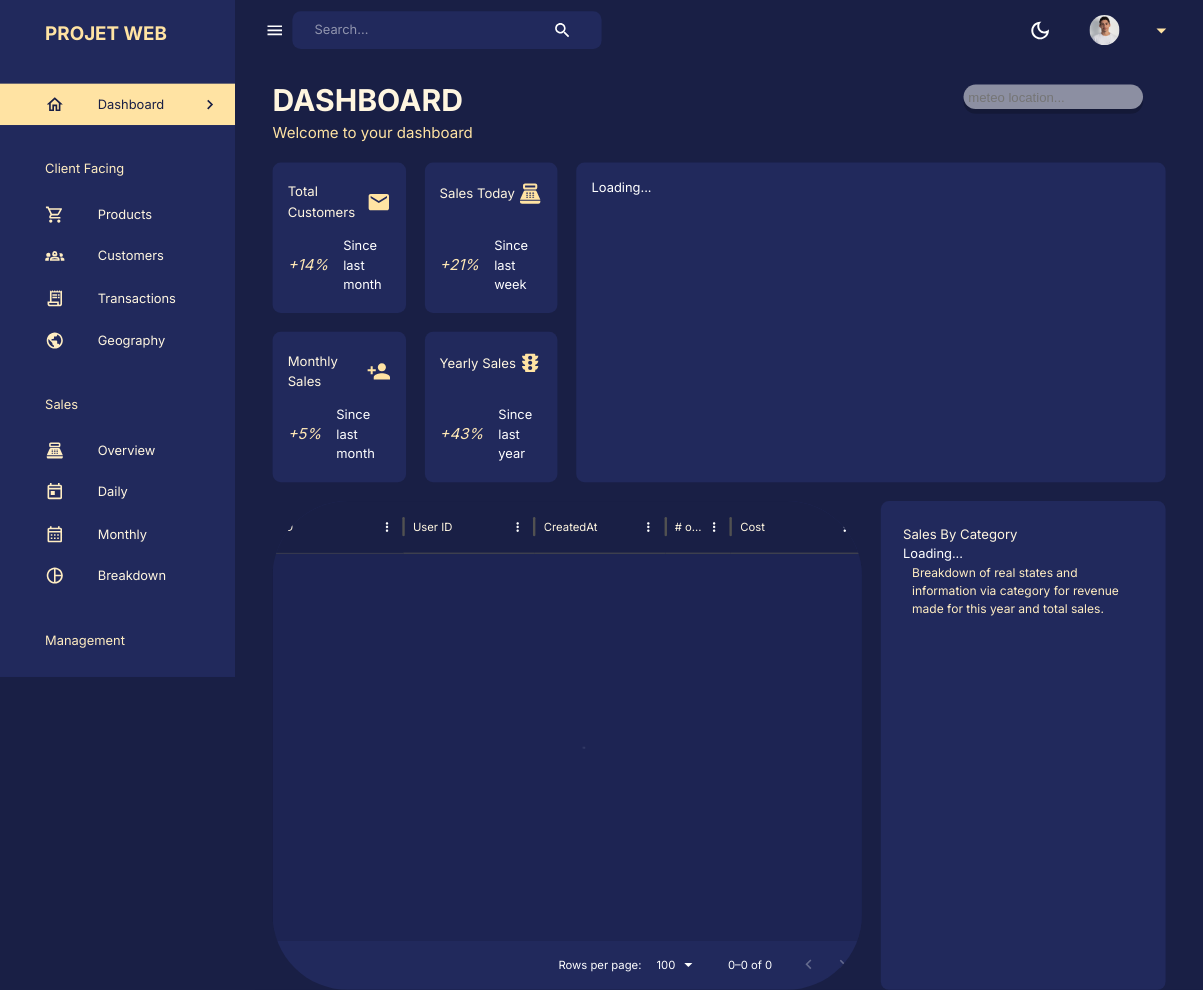
Repository: Alexiserenity/MERN-Dashboard
Page: / (app in client/)
These files come from the project's save history. The page is drawn as it stood at one moment and after the next save; the edit follows.
The browser window is 1280 px wide. The pictures show the whole page, at 94% of full size.
The page's requests for data from a server got no answer. The project was rebuilt for these pictures with package versions that can differ from the ones it lists, and the page was loaded fresh each time. No one was signed in, and anything a server would have sent is missing. Also part of the build but not shown: client/src/components/BreakdownChart.jsx, client/src/components/OverviewChart.jsx, client/src/scenes/products/index.jsx, client/src/scenes/customers/index.jsx, client/src/components/DataGridCustomToolbar.jsx, client/src/scenes/transactions/index.jsx, client/src/state/geoData.js, client/src/scenes/geography/index.jsx and 7 more.

Above is the page before, as saved 2022-12-23 23:11:09.

### client/src/state/api.js
import { createApi, fetchBaseQuery } from "@reduxjs/toolkit/query/react";

export const api = createApi({
  baseQuery: fetchBaseQuery({ baseUrl: process.env.REACT_APP_BASE_URL }),
  reducerPath: "adminApi",
  tagTypes: [
    "User",
    "Products",
    "Customers",
    "Transactions",
    "Geography",
    "Sales",
    "Admins",
    "Performance",
    "Dashboard",
  ],
  endpoints: (build) => ({
    getUser: build.query({
      query: (id) => `general/user/${id}`,
      providesTags: ["User"],
    }),
    getProducts: build.query({
      query: () => "client/products",
      providesTags: ["Products"],
    }),
    getCustomers: build.query({
      query: () => "client/customers",
      providesTags: ["Customers"],
    }),
    getTransactions: build.query({
      query: ({ page, pageSize, sort, search }) => ({
        url: "client/transactions",
        method: "GET",
        params: { page, pageSize, sort, search },
      }),
      providesTags: ["Transactions"],
    }),
    getGeography: build.query({
      query: () => "client/geography",
      providesTags: ["Geography"],
    }),
    getSales: build.query({
      query: () => "sales/sales",
      providesTags: ["Sales"],
    }),
    getAdmins: build.query({
      query: () => "management/admins",
      providesTags: ["Admins"],
    }),
    getUserPerformance: build.query({
      query: (id) => `management/performance/${id}`,
      providesTags: ["Performance"],
    }),
    getDashboard: build.query({
      query: () => "general/dashboard",
      providesTags: ["Dashboard"],
    }),
  }),
});

export const {
  useGetUserQuery,
  useGetProductsQuery,
  useGetCustomersQuery,
  useGetTransactionsQuery,
  useGetGeographyQuery,
  useGetSalesQuery,
  useGetAdminsQuery,
  useGetUserPerformanceQuery,
  useGetDashboardQuery,
} = api;

### client/src/scenes/layout/index.jsx
import React, { useState } from "react";
import { Box, useMediaQuery } from "@mui/material";
import { Outlet } from "react-router-dom";
import { useSelector } from "react-redux";
import Navbar from "components/Navbar";
import Sidebar from "components/Sidebar";
import { useGetUserQuery } from "state/api";

const Layout = () => {
  const isNonMobile = useMediaQuery("(min-width: 600px)");
  const [isSidebarOpen, setIsSidebarOpen] = useState(true);
  const userId = useSelector((state) => state.global.userId);
  const { data } = useGetUserQuery(userId);

  return (
    <Box display={isNonMobile ? "flex" : "block"} width="100%" height="100%">
      <Sidebar
        user={data || {}}
        isNonMobile={isNonMobile}
        drawerWidth="250px"
        isSidebarOpen={isSidebarOpen}
        setIsSidebarOpen={setIsSidebarOpen}
      />
      <Box flexGrow={1}>
        <Navbar
          user={data || {}}
          isSidebarOpen={isSidebarOpen}
          setIsSidebarOpen={setIsSidebarOpen}
        />
        <Outlet />
      </Box>
    </Box>
  );
};

export default Layout;

### client/src/scenes/dashboard/index.jsx
import React, { useState } from 'react';
import FlexBetween from "components/FlexBetween";
import Header from "components/Header";
import {
  DownloadOutlined,
  Email,
  PointOfSale,
  PersonAdd,
  Traffic,
  Search,
} from "@mui/icons-material";
import {
  Box,
  Button,
  Typography,
  useTheme,
  useMediaQuery,
  Toolbar,
} from "@mui/material";
import { DataGrid } from "@mui/x-data-grid";
import BreakdownChart from "components/BreakdownChart";
import OverviewChart from "components/OverviewChart";
import { useGetDashboardQuery } from "state/api";
import StatBox from "components/StatBox";

const api = {
  key: "0638574d291b3e1090515ce7939cd186",
  base: " http://api.openweathermap.org/data/2.5/"
}

const Dashboard = () => {
  const theme = useTheme();
  const isNonMediumScreens = useMediaQuery("(min-width: 1200px)");
  const { data, isLoading } = useGetDashboardQuery();

  const columns = [
    {
      field: "_id",
      headerName: "ID",
      flex: 1,
    },
    {
      field: "userId",
      headerName: "User ID",
      flex: 1,
    },
    {
      field: "createdAt",
      headerName: "CreatedAt",
      flex: 1,
    },
    {
      field: "products",
      headerName: "# of Products",
      flex: 0.5,
      sortable: false,
      renderCell: (params) => params.value.length,
    },
    {
      field: "cost",
      headerName: "Cost",
      flex: 1,
      renderCell: (params) => `$${Number(params.value).toFixed(2)}`,
    },
  ];

  const [query, setQuery] = useState('');
  const [weather, setWeather] = useState({});


  const search = evt => {
    if (evt.key === "Enter") {
      fetch(`${api.base}weather?q=${query}&units=metric&APPID=${api.key}`)
        .then(res => res.json())
        .then(result => {
          setWeather(result);
          setQuery('');
          console.log(result);
        });
    }
  }

  const dateBuilder = (d) => {
    let months = ["January", "February", "March", "April", "May", "June", "July", "August", "September", "October", "November", "December"];
    let days = ["Sunday", "Monday", "Tuesday", "Wednesday", "Thursday", "Friday", "Saturday"];

    let day = days[d.getDay()];
    let date = d.getDate();
    let month = months[d.getMonth()];
    let year = d.getFullYear();

    return `${day} ${date} ${month} ${year}`
  }




  return (
    <Box m="1.5rem 2.5rem">
      <FlexBetween>
        <Header title="DASHBOARD" subtitle="Welcome to your dashboard" />

        <Box>
          <Toolbar>





   <div className={(typeof weather.main != "undefined") ? ((weather.main.temp > 16) ? 'app warm' : 'app') : 'app'}>
     <main>
       <div className="search-box">
         <input
           type="text"
           className="search-bar"
           placeholder="meteo location..."
           onChange={e => setQuery(e.target.value)}
           value={query}
           onKeyPress={search}
         />

       </div>
       {(typeof weather.main != "undefined") ? (
        <div>
          <div className="location-box">
            <div className="location">{weather.name}, {weather.sys.country}</div>
            <div className="temp"> {Math.round(weather.main.temp)}°c </div>
            <div className="weather">{weather.weather[0].main}</div>
          </div>
        </div>
       ) : ('')}
     </main>
   </div>







          </Toolbar>
        </Box>
      </FlexBetween>

      <Box
        mt="20px"
        display="grid"
        gridTemplateColumns="repeat(12, 1fr)"
        gridAutoRows="160px"
        gap="20px"
        sx={{
          "& > div": { gridColumn: isNonMediumScreens ? undefined : "span 12" },
        }}
      >
        {/* ROW 1 */}
        <StatBox
          title="Total Customers"
          value={data && data.totalCustomers}
          increase="+14%"
          description="Since last month"
          icon={
            <Email
              sx={{ color: theme.palette.secondary[300], fontSize: "26px" }}
            />
          }
        />
        <StatBox
          title="Sales Today"
          value={data && data.todayStats.totalSales}
          increase="+21%"
          description="Since last week"
          icon={
            <PointOfSale
              sx={{ color: theme.palette.secondary[300], fontSize: "26px" }}
            />
          }
        />
        <Box
          gridColumn="span 8"
          gridRow="span 2"
          backgroundColor={theme.palette.background.alt}
          p="1rem"
          borderRadius="0.55rem"
        >
          <OverviewChart view="sales" isDashboard={true} />
        </Box>
        <StatBox
          title="Monthly Sales"
          value={data && data.thisMonthStats.totalSales}
          increase="+5%"
          description="Since last month"
          icon={
            <PersonAdd
              sx={{ color: theme.palette.secondary[300], fontSize: "26px" }}
            />
          }
        />
        <StatBox
          title="Yearly Sales"
          value={data && data.yearlySalesTotal}
          increase="+43%"
          description="Since last year"
          icon={
            <Traffic
              sx={{ color: theme.palette.secondary[300], fontSize: "26px" }}
            />
          }
        />

        {/* ROW 2 */}
        <Box
          gridColumn="span 8"
          gridRow="span 3"
          sx={{
            "& .MuiDataGrid-root": {
              border: "none",
              borderRadius: "5rem",
            },
            "& .MuiDataGrid-cell": {
              borderBottom: "none",
            },
            "& .MuiDataGrid-columnHeaders": {
              backgroundColor: theme.palette.background.alt,
              color: theme.palette.secondary[100],
              borderBottom: "none",
            },
            "& .MuiDataGrid-virtualScroller": {
              backgroundColor: theme.palette.background.alt,
            },
            "& .MuiDataGrid-footerContainer": {
              backgroundColor: theme.palette.background.alt,
              color: theme.palette.secondary[100],
              borderTop: "none",
            },
            "& .MuiDataGrid-toolbarContainer .MuiButton-text": {
              color: `${theme.palette.secondary[200]} !important`,
            },
          }}
        >
          <DataGrid
            loading={isLoading || !data}
            getRowId={(row) => row._id}
            rows={(data && data.transactions) || []}
            columns={columns}
          />
        </Box>
        <Box
          gridColumn="span 4"
          gridRow="span 3"
          backgroundColor={theme.palette.background.alt}
          p="1.5rem"
          borderRadius="0.55rem"
        >
          <Typography variant="h6" sx={{ color: theme.palette.secondary[100] }}>
            Sales By Category
          </Typography>
          <BreakdownChart isDashboard={true} />
          <Typography
            p="0 0.6rem"
            fontSize="0.8rem"
            sx={{ color: theme.palette.secondary[200] }}
          >
            Breakdown of real states and information via category for revenue
            made for this year and total sales.
          </Typography>
        </Box>
      </Box>
    </Box>
  );
};

export default Dashboard;

### client/src/components/Navbar.jsx
import React, { useState } from "react";
import {
  LightModeOutlined,
  DarkModeOutlined,
  Menu as MenuIcon,
  Search,
  SettingsOutlined,
  ArrowDropDownOutlined,
} from "@mui/icons-material";
import FlexBetween from "components/FlexBetween";
import { useDispatch } from "react-redux";
import { setMode } from "state";
import profileImage from "assets/profile.jpeg";
import {
  AppBar,
  Button,
  Box,
  Typography,
  IconButton,
  InputBase,
  Toolbar,
  Menu,
  MenuItem,
  useTheme,
} from "@mui/material";

const Navbar = ({ user, isSidebarOpen, setIsSidebarOpen }) => {
  const dispatch = useDispatch();
  const theme = useTheme();

  const [anchorEl, setAnchorEl] = useState(null);
  const isOpen = Boolean(anchorEl);
  const handleClick = (event) => setAnchorEl(event.currentTarget);
  const handleClose = () => setAnchorEl(null);

  return (
    <AppBar
      sx={{
        position: "static",
        background: "none",
        boxShadow: "none",
      }}
    >
      <Toolbar sx={{ justifyContent: "space-between" }}>
        {/* LEFT SIDE */}
        <FlexBetween>
          <IconButton onClick={() => setIsSidebarOpen(!isSidebarOpen)}>
            <MenuIcon />
          </IconButton>
          <FlexBetween
            backgroundColor={theme.palette.background.alt}
            borderRadius="9px"
            gap="3rem"
            p="0.1rem 1.5rem"
          >
            <InputBase placeholder="Search..." />
            <IconButton>
              <Search />
            </IconButton>
          </FlexBetween>
        </FlexBetween>

        {/* RIGHT SIDE */}
        <FlexBetween gap="1.5rem">
          <IconButton onClick={() => dispatch(setMode())}>
            {theme.palette.mode === "dark" ? (
              <DarkModeOutlined sx={{ fontSize: "25px" }} />
            ) : (
              <LightModeOutlined sx={{ fontSize: "25px" }} />
            )}
          </IconButton>

          <FlexBetween>
            <Button
              onClick={handleClick}
              sx={{
                display: "flex",
                justifyContent: "space-between",
                alignItems: "center",
                textTransform: "none",
                gap: "1rem",
              }}
            >
              <Box
                component="img"
                alt="profile"
                src={profileImage}
                height="32px"
                width="32px"
                borderRadius="50%"
                sx={{ objectFit: "cover" }}
              />
              <Box textAlign="left">
                <Typography
                  fontWeight="bold"
                  fontSize="0.85rem"
                  sx={{ color: theme.palette.secondary[100] }}
                >
                  {user.name}
                </Typography>
                <Typography
                  fontSize="0.75rem"
                  sx={{ color: theme.palette.secondary[200] }}
                >
                  {user.occupation}
                </Typography>
              </Box>
              <ArrowDropDownOutlined
                sx={{ color: theme.palette.secondary[300], fontSize: "25px" }}
              />
            </Button>
            <Menu
              anchorEl={anchorEl}
              open={isOpen}
              onClose={handleClose}
              anchorOrigin={{ vertical: "bottom", horizontal: "center" }}
            >
              <MenuItem onClick={handleClose}>Log Out</MenuItem>
            </Menu>
          </FlexBetween>
        </FlexBetween>
      </Toolbar>
    </AppBar>
  );
};

export default Navbar;

### client/src/components/Sidebar.jsx
import React from "react";
import {
  Box,
  Divider,
  Drawer,
  IconButton,
  List,
  ListItem,
  ListItemButton,
  ListItemIcon,
  ListItemText,
  Typography,
  useTheme,
} from "@mui/material";
import {
  SettingsOutlined,
  ChevronLeft,
  ChevronRightOutlined,
  HomeOutlined,
  ShoppingCartOutlined,
  Groups2Outlined,
  ReceiptLongOutlined,
  PublicOutlined,
  PointOfSaleOutlined,
  TodayOutlined,
  CalendarMonthOutlined,
  AdminPanelSettingsOutlined,
  TrendingUpOutlined,
  PieChartOutlined,
} from "@mui/icons-material";
import { useEffect, useState } from "react";
import { useLocation, useNavigate } from "react-router-dom";
import FlexBetween from "./FlexBetween";
import profileImage from "assets/profile.jpeg";

const navItems = [
  {
    text: "Dashboard",
    icon: <HomeOutlined />,
  },
  {
    text: "Client Facing",
    icon: null,
  },
  {
    text: "Products",
    icon: <ShoppingCartOutlined />,
  },
  {
    text: "Customers",
    icon: <Groups2Outlined />,
  },
  {
    text: "Transactions",
    icon: <ReceiptLongOutlined />,
  },
  {
    text: "Geography",
    icon: <PublicOutlined />,
  },
  {
    text: "Sales",
    icon: null,
  },
  {
    text: "Overview",
    icon: <PointOfSaleOutlined />,
  },
  {
    text: "Daily",
    icon: <TodayOutlined />,
  },
  {
    text: "Monthly",
    icon: <CalendarMonthOutlined />,
  },
  {
    text: "Breakdown",
    icon: <PieChartOutlined />,
  },
  {
    text: "Management",
    icon: null,
  },
  {
    text: "Admin",
    icon: <AdminPanelSettingsOutlined />,
  },
  {
    text: "Performance",
    icon: <TrendingUpOutlined />,
  },
];

const Sidebar = ({
  user,
  drawerWidth,
  isSidebarOpen,
  setIsSidebarOpen,
  isNonMobile,
}) => {
  const { pathname } = useLocation();
  const [active, setActive] = useState("");
  const navigate = useNavigate();
  const theme = useTheme();

  useEffect(() => {
    setActive(pathname.substring(1));
  }, [pathname]);

  return (
    <Box component="nav">
      {isSidebarOpen && (
        <Drawer
          open={isSidebarOpen}
          onClose={() => setIsSidebarOpen(false)}
          variant="persistent"
          anchor="left"
          sx={{
            width: drawerWidth,
            "& .MuiDrawer-paper": {
              color: theme.palette.secondary[200],
              backgroundColor: theme.palette.background.alt,
              boxSixing: "border-box",
              borderWidth: isNonMobile ? 0 : "2px",
              width: drawerWidth,
            },
          }}
        >
          <Box width="100%">
            <Box m="1.5rem 2rem 2rem 3rem">
              <FlexBetween color={theme.palette.secondary.main}>
                <Box display="flex" alignItems="center" gap="0.8rem">
                  <Typography variant="h4" fontWeight="bold">
                    PROJET WEB
                  </Typography>
                </Box>
                {!isNonMobile && (
                  <IconButton onClick={() => setIsSidebarOpen(!isSidebarOpen)}>
                    <ChevronLeft />
                  </IconButton>
                )}
              </FlexBetween>
            </Box>
            <List>
              {navItems.map(({ text, icon }) => {
                if (!icon) {
                  return (
                    <Typography key={text} sx={{ m: "2.25rem 0 1rem 3rem" }}>
                      {text}
                    </Typography>
                  );
                }
                const lcText = text.toLowerCase();

                return (
                  <ListItem key={text} disablePadding>
                    <ListItemButton
                      onClick={() => {
                        navigate(`/${lcText}`);
                        setActive(lcText);
                      }}
                      sx={{
                        backgroundColor:
                          active === lcText
                            ? theme.palette.secondary[300]
                            : "transparent",
                        color:
                          active === lcText
                            ? theme.palette.primary[600]
                            : theme.palette.secondary[100],
                      }}
                    >
                      <ListItemIcon
                        sx={{
                          ml: "2rem",
                          color:
                            active === lcText
                              ? theme.palette.primary[600]
                              : theme.palette.secondary[200],
                        }}
                      >
                        {icon}
                      </ListItemIcon>
                      <ListItemText primary={text} />
                      {active === lcText && (
                        <ChevronRightOutlined sx={{ ml: "auto" }} />
                      )}
                    </ListItemButton>
                  </ListItem>
                );
              })}
            </List>
          </Box>
        </Drawer>
      )}
    </Box>
  );
};

export default Sidebar;

### client/src/components/StatBox.jsx
import React from "react";
import { Box, Typography, useTheme } from "@mui/material";
import FlexBetween from "./FlexBetween";

const StatBox = ({ title, value, increase, icon, description }) => {
  const theme = useTheme();
  return (
    <Box
      gridColumn="span 2"
      gridRow="span 1"
      display="flex"
      flexDirection="column"
      justifyContent="space-between"
      p="1.25rem 1rem"
      flex="1 1 100%"
      backgroundColor={theme.palette.background.alt}
      borderRadius="0.55rem"
    >
      <FlexBetween>
        <Typography variant="h6" sx={{ color: theme.palette.secondary[100] }}>
          {title}
        </Typography>
        {icon}
      </FlexBetween>

      <Typography
        variant="h3"
        fontWeight="600"
        sx={{ color: theme.palette.secondary[200] }}
      >
        {value}
      </Typography>
      <FlexBetween gap="1rem">
        <Typography
          variant="h5"
          fontStyle="italic"
          sx={{ color: theme.palette.secondary.light }}
        >
          {increase}
        </Typography>
        <Typography>{description}</Typography>
      </FlexBetween>
    </Box>
  );
};

export default StatBox;

Loaded but not shown: client/public/index.html (common file); client/src/index.js (common file); client/src/index.css (common file); client/src/App.js (common file); client/src/state/index.js (common file); client/src/components/FlexBetween.jsx (common file); client/src/components/Header.jsx (common file); client/src/theme.js (139 lines, source omitted)

After the next save:
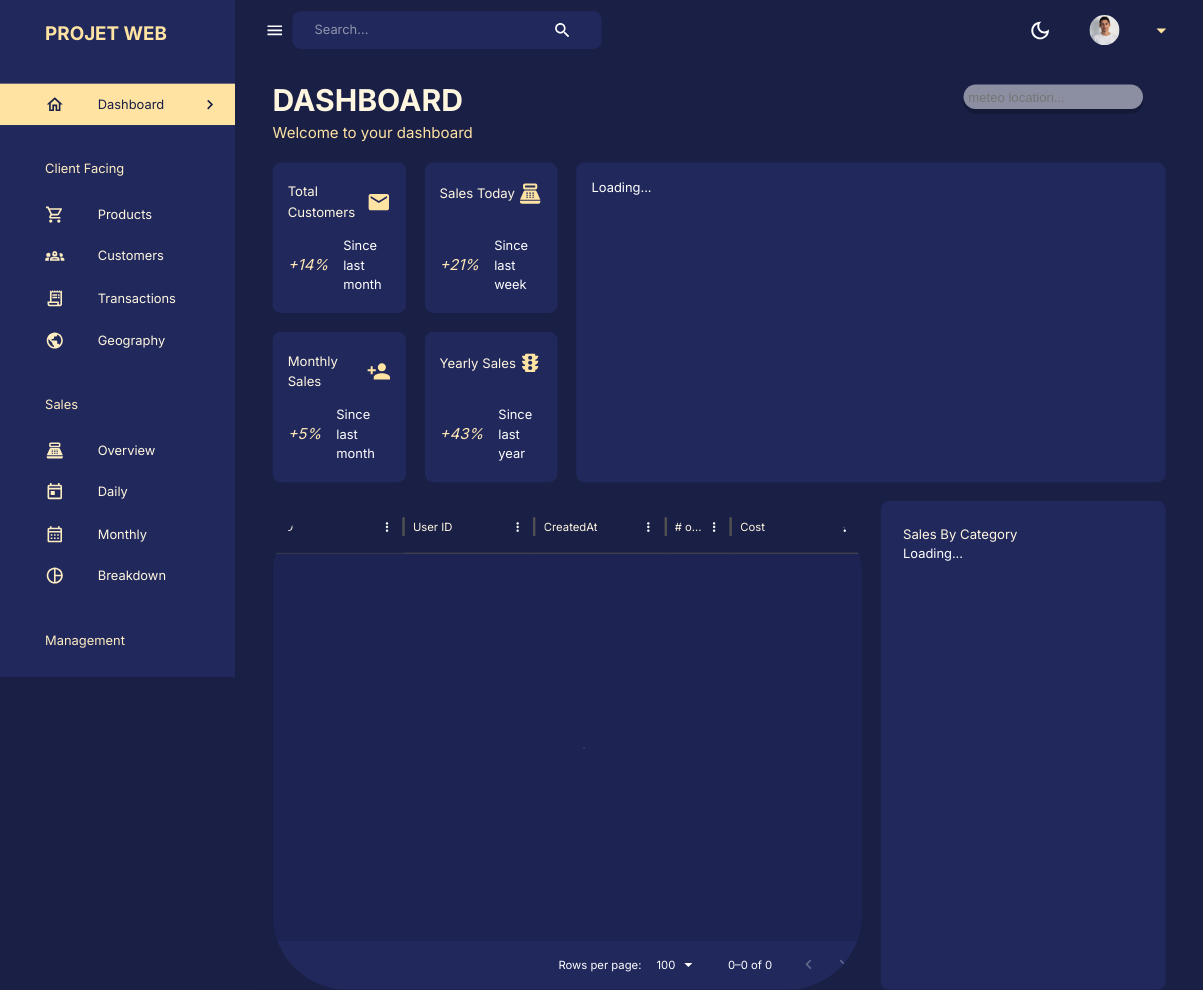
Saved 21 s later.
--- a/client/src/scenes/dashboard/index.jsx
+++ b/client/src/scenes/dashboard/index.jsx
@@ -260,8 +260,6 @@ const Dashboard = () => {
             fontSize="0.8rem"
             sx={{ color: theme.palette.secondary[200] }}
           >
-            Breakdown of real states and information via category for revenue
-            made for this year and total sales.
           </Typography>
         </Box>
       </Box>
